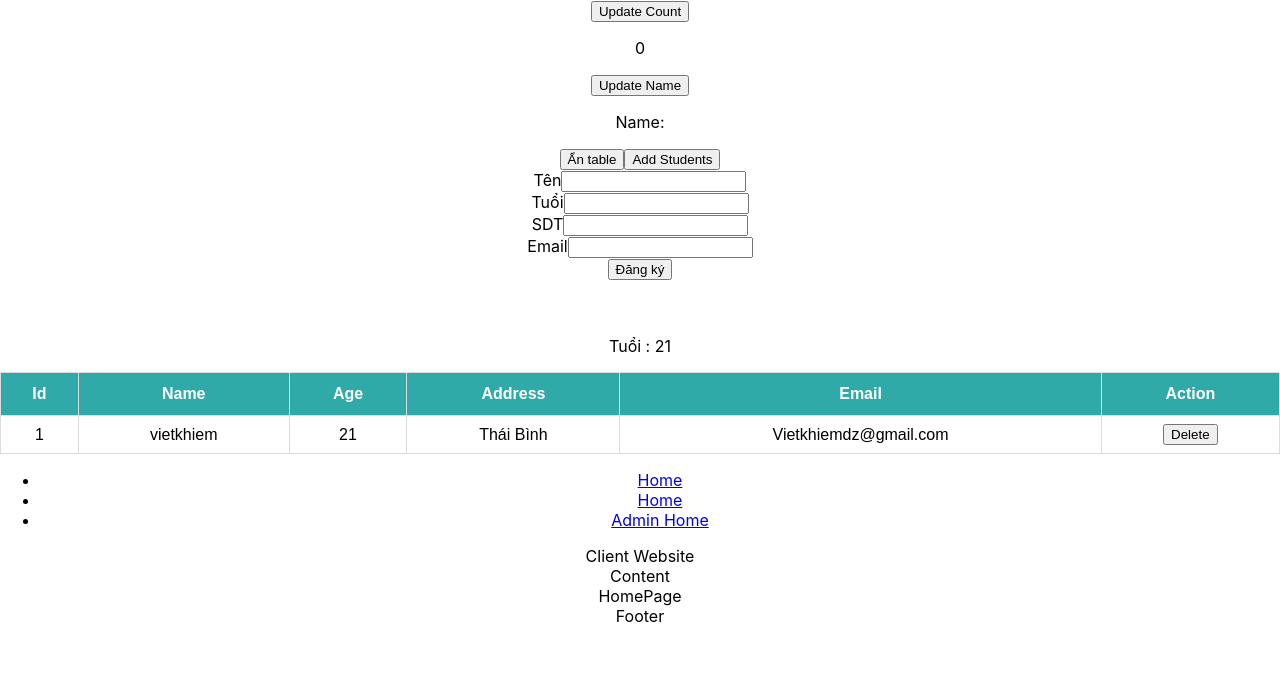
Repository: vietkhiem/TypeScript
Page: /
These files come from the project's save history. The page is drawn as it stood at one moment and after the next save; the edit follows.
The browser window is 1280 px wide. The pictures show the whole page.
The project was rebuilt for these pictures with package versions that can differ from the ones it lists, and the page was loaded fresh each time. Also part of the build but not shown: src/pages/product/Product.tsx, src/pages/layouts/AdminLayout.tsx, src/pages/adminHomePage/index.tsx, src/pages/product/ProductForm.tsx, src/pages/product/ProductDetail.tsx.

Above is the page before, as saved 2022-03-21 11:40:57.

### src/App.tsx
import React, {useState} from 'react';
import './App.css';
import Login from './pages/login';
import TableCustom from './pages/table';
import ClientLayout from './pages/layouts/ClientLayout';
import Product from './pages/product/Product';
import AdminLayout from './pages/layouts/AdminLayout';
import AdminHomePage from './pages/adminHomePage';
import HomePage from './pages/homepage';
import ProductForm from './pages/product/ProductForm';
import ProductDetail from './pages/product/ProductDetail';

import {Routes, Route, BrowserRouter, Link} from 'react-router-dom';


type Student = {
  name: string,
  age: number,
  address: string,
  phone: number
}

function App() {
  const [count, setCount] = useState<number>(0);
  const [name, setName] = useState<string>('');
  //state trang thai hien thi bang
  const [isShowTable, setShowTable] = useState<boolean>(true);
  const studentsData = [
    {
      name: 'vietkhiem',
      age: 21,
      address: 'Thái Bình',
      email: 'Vietkhiemdz@gmail.com',
      action: 'Delete'
    }
  ]
  return (
    <div className="App">
      <button onClick={() => setCount(count+1)}>Update Count</button>
        <p>{count}</p>

      <button onClick={() => setName('viet khiem')}>Update Name</button>
        <p>Name: {name}</p>

        <button onClick={() => setShowTable(!isShowTable)}>
        {isShowTable === true ? 'Ẩn' : 'Hiện'}  table</button>

        <button>Add Students</button>
      {/* thêm view login vào trong App.tsx */}
        <Login />
        {/* thêm components table vào app */}
        {
          isShowTable === true
        ? <TableCustom rows={studentsData} />
        :null
        }

        <div>
            <div>
              <ul>
                <li><Link to={'/'}>Home</Link></li>
                <li><Link to={'/product'}>Home</Link></li>
                <li><Link to={"/admin"}>Admin Home</Link></li>
              </ul>
            </div>
        </div>


      {/* cau hinh route */}
        <Routes>
          <Route path="/" element={<ClientLayout />}>
            <Route index element={<HomePage />} />
            <Route path="product" element={<Product />}/>
          </Route>

          <Route path="admin" element={<AdminLayout />}>
            <Route index element={<AdminHomePage />} />

            <Route path='product'>
              <Route index element={<Product />} />
              <Route path=':id' element={<ProductDetail />} />
              <Route path=':id/edit' element={<ProductForm />} />
            </Route>
          </Route>

        </Routes>
    </div>
  );
}

export default App;

### src/App.css
.App {
  text-align: center;
}

.App-link {
  color: #61dafb;
}

@keyframes App-logo-spin {
  from {
    transform: rotate(0deg);
  }
  to {
    transform: rotate(360deg);
  }
}
.customers {
  font-family: Arial, Helvetica, sans-serif;
  border-collapse: collapse;
  width: 100%;
}

.customers td, .customers th {
  border: 1px solid #ddd;
  padding: 8px;
}

.customers tr:nth-child(even){background-color: #f2f2f2;}

.customers tr:hover {background-color: #ddd;}

.customers th {
  padding-top: 12px;
  padding-bottom: 12px;
  text-align: center;
  background-color: rgb(48, 169, 169);
  color: white;
}

### src/pages/login/index.tsx
import React, { useState } from 'react'

const Student = () => {
  type studenType = {
    name: string
    age: number
    phone: string
    email: string
  }
  const [data, setData] = useState<studenType[]>([
    {
      name: 'Nguyễn Viết Khiêm',
      age: 21,
      phone: '0965225408',
      email: 'khiemnvph10889@fpt.edu.vn',
    }
  ])
  const removeProduct = (id: number) => {
    console.log(id)
  }
  type info = {
    age: number
  }
  const showAge = (props: info): number => {
    return props.age
  }
  const [isShowTable, SetShowTable] = useState<boolean>(true)
  const [namevalue, setname] = useState<string>('')
  const [agevalue, setage] = useState<string>('')
  const [phonevalue, setphone] = useState<string>('')
  const [emailvalue, setemail] = useState<string>('')
  const [avatarvalue, setavatar] = useState<string>('')
  const onSubmit = (): any => {
    const datanew: any = {
      name: namevalue,
      age: +agevalue,
      phone: phonevalue,
      email: emailvalue,
      avatar: avatarvalue,
    }
    console.log(datanew);

    setData([...data,datanew])
  }
  return (
    <>
      <div className="w-[1200px] mx-auto">
        <form action="">
          <div>
            <label htmlFor="">Tên</label>
            <input
              onChange={(e) => setname(e.target.value)}
              className="border border-2 border-black"
              type="text"
            />
          </div>
          <div className="mt-4">
            <label htmlFor="">Tuổi</label>
            <input
              onChange={(e) => setage(e.target.value)}
              className="border border-2 border-black"
              type="number"
            />
          </div>
          <div className="mt-4">
            <label htmlFor="">SDT</label>
            <input
              onChange={(e) => setphone(e.target.value)}
              className="border border-2 border-black"
              type="text"
            />
          </div>
          <div className="mt-4">
            <label htmlFor="">Email</label>
            <input
              onChange={(e) => setemail(e.target.value)}
              className="border border-2 border-black"
              type="email"
            />
          </div>
          <button
            onClick={(e) => {
              onSubmit()
              e.preventDefault()
            }}
            className="mt-4  border-2 border-black"
          >
            Đăng ký
          </button>
        </form>
        <br />
        <br />
        <p>Tuổi : {showAge({ age: 21 })}</p>
      </div>
    </>
  )
}

export default Student;

### src/pages/table/index.tsx
import React from "react";

type row = {
  name: string,
  age: number,
  address: string,
  email: string,
  action: string
}
type TableProps = {
  rows: row[]
}
function Table({rows} : TableProps) {
    return (
      <>
        <table className="customers">
          <thead>
              <tr>
                <th>Id</th>
                <th>Name</th>
                <th>Age</th>
                <th>Address</th>
                <th>Email</th>
                <th>Action</th>
              </tr>
          </thead>
          <tbody>
              {
                rows.map((row, index) => (
                  <tr key={index}>
                    <td>{index +1}</td>
                    <td>{row.name}</td>
                    <td>{row.age}</td>
                    <td>{row.address}</td>
                    <td>{row.email}</td>
                    <td>
                      <button>{row.action}</button>
                    </td>
                  </tr>
                ))
              }
          </tbody>
        </table>
      </>
    );
}
export default Table;

### src/pages/layouts/ClientLayout.tsx
import React from 'react'
import {Outlet} from 'react-router-dom';

type PropsType = {};

export default function ClientLayout(props: PropsType) {
    return (
    <div>
        <header>Client Website</header>
        <main>
            Content
            <Outlet/>
        </main>
        <footer>
            Footer
        </footer>
    </div>
)
}

### src/pages/homepage/index.tsx
import React from 'react'

function HomePage() {
  return (
    <div>HomePage</div>
  )
}

export default HomePage;

Loaded but not shown: public/index.html (common file); src/index.tsx (common file); src/index.css (common file); src/reportWebVitals.ts (common file)

After the next save:
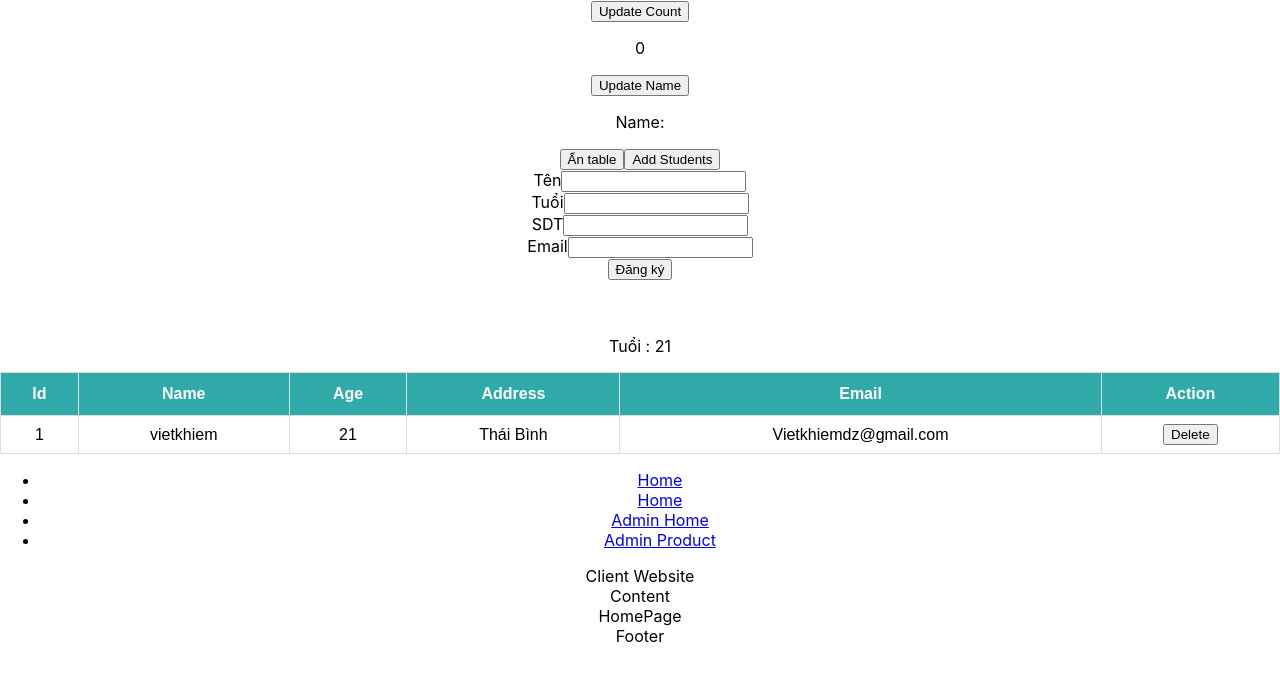
Saved 16 s later.
--- a/src/App.tsx
+++ b/src/App.tsx
@@ -61,6 +61,7 @@ function App() {
                 <li><Link to={'/'}>Home</Link></li>
                 <li><Link to={'/product'}>Home</Link></li>
                 <li><Link to={"/admin"}>Admin Home</Link></li>
+                <li><Link to={"/admin/product"}>Admin Product</Link></li>
               </ul>
             </div>
         </div>
